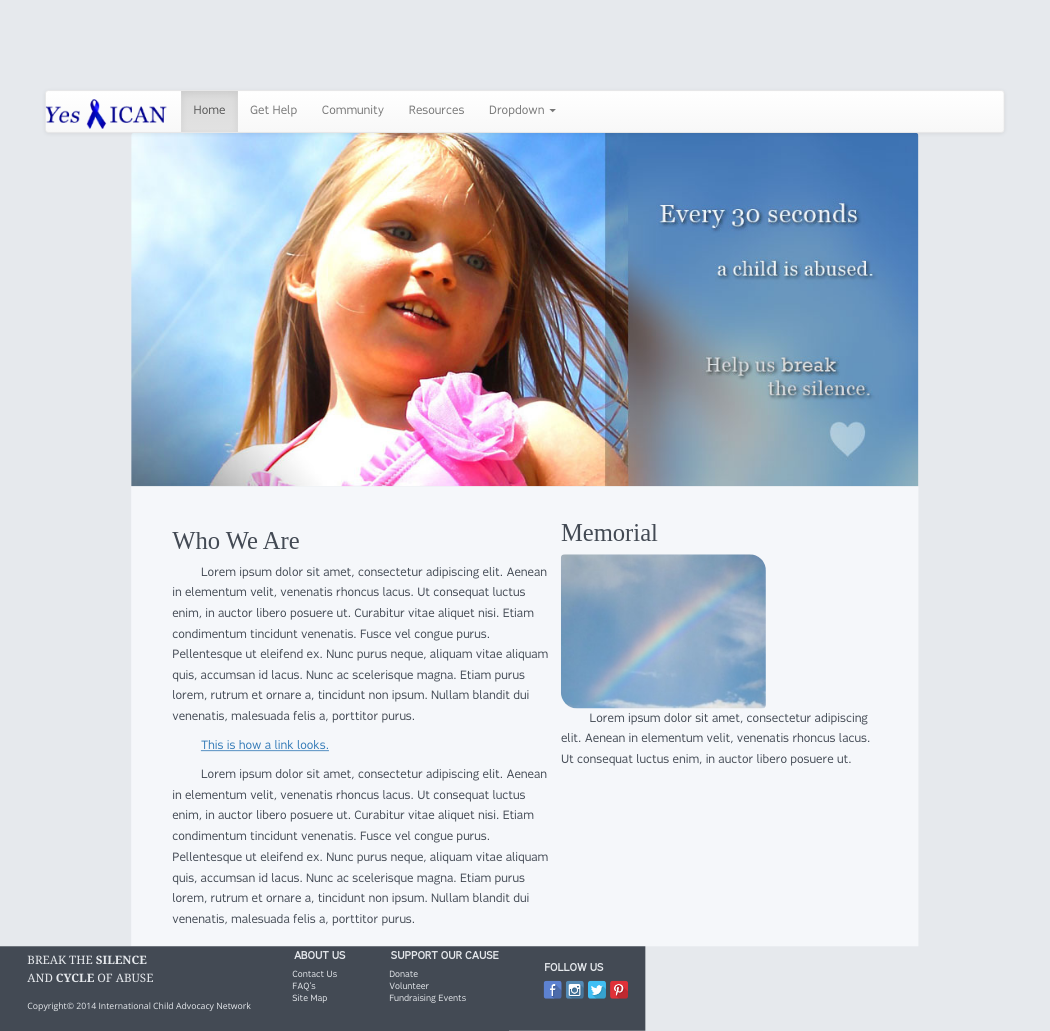
Repository: Rob21789/Yes-I-Can
Page: index.html
The author's editor kept a record of every edit. The page is drawn from the files as they stood at one moment, then again after the next edit.
The browser window is 1280 px wide. The pictures show the whole page, at 82% of full size.
Some web fonts or font styles are not loaded; a fallback is used. Some web libraries are served in a nearby version.

Above is the page before.
Not found: assets/js/ie-emulation-modes-warning.js
Not found: assets/js/ie10-viewport-bug-workaround.js

After the next edit:
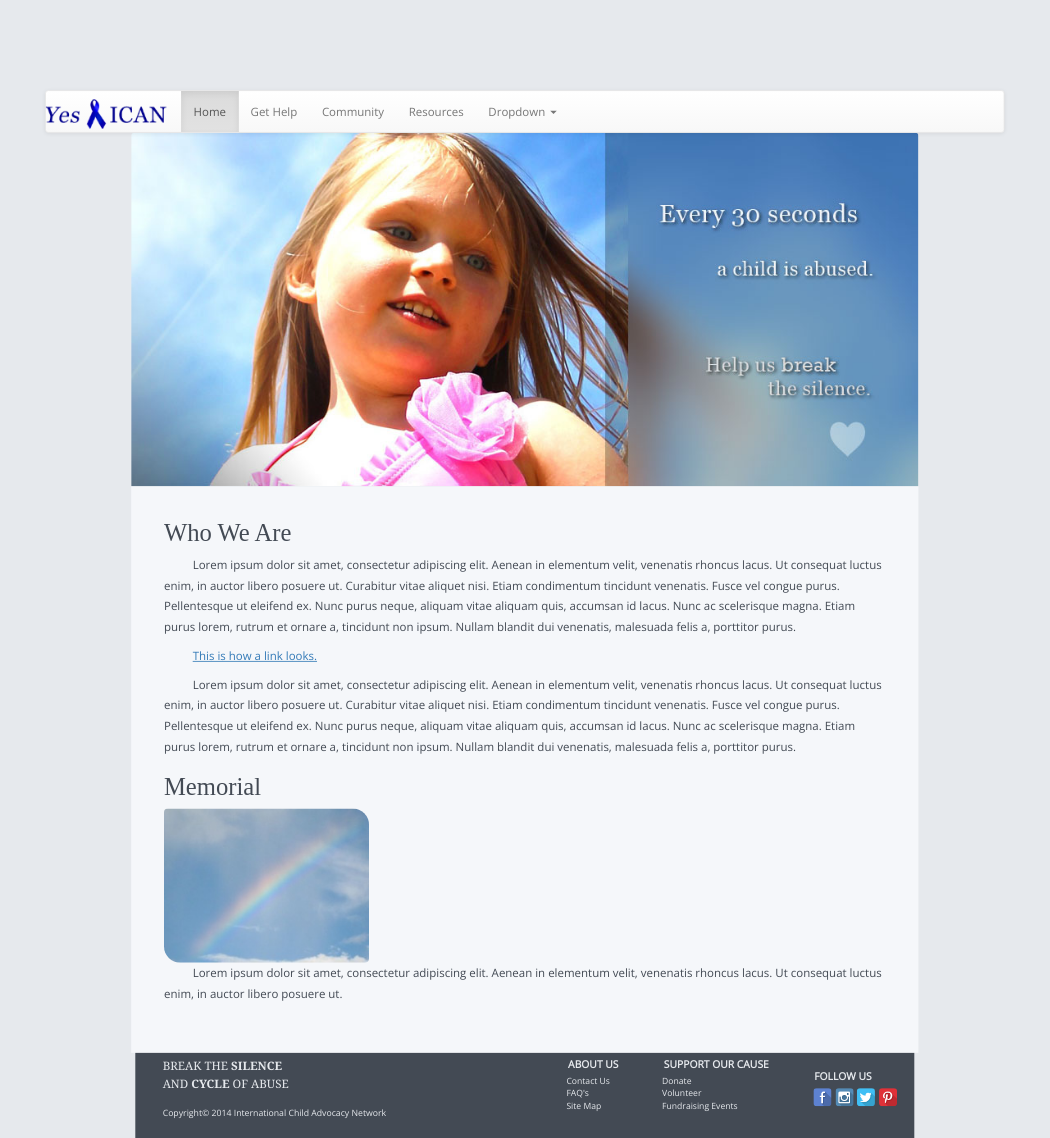
The edit:
--- a/index.html
+++ b/index.html
@@ -23,7 +23,7 @@
   <link href="navbar.css" rel="stylesheet">
 	<link rel="stylesheet" href="css/normalize.css"/>
 	<link rel="stylesheet" href="css/main.css"/>
-	<link rel="stylesheet" href="css/responsive1.css"/>
+<!--	<link rel="stylesheet" href="css/responsive1.css"/>-->
 	<!--<meta name="viewport" content="width=device-width, maximum-scale=1; minimum-scale=1; initial-scale=1.0"> COMMENTED OUT FOR BOOTSTRAP TESTING-->
 	<link href='http://fonts.googleapis.com/css?family=Droid+Serif:700|Open+Sans' rel='stylesheet' type='text/css'>
   </head>
